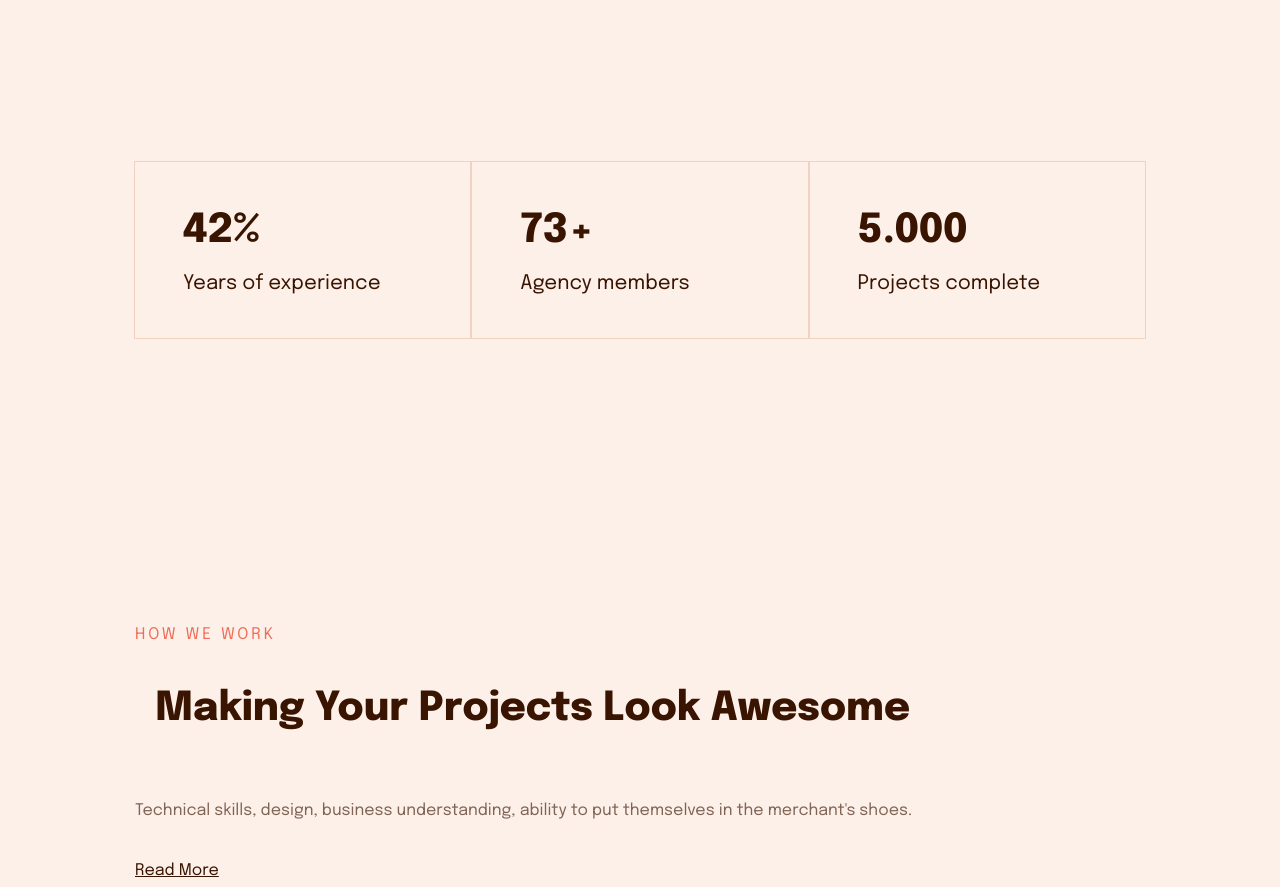
Repository: MehdiKerimov/Figma-task-7
Page: index.html
An editor plug-in stored every save of this project. The page is shown before and after a run of saves, followed by the edit.
The browser window is 1280 px wide. The pictures show the whole page.

Above is the page before, as saved 2023-08-30 12:08:21.

### index.html
<!DOCTYPE html>
<html lang="en">

<head>
    <meta charset="UTF-8">
    <meta name="viewport" content="width=device-width, initial-scale=1.0">
    <title>Document</title>
    <link rel="stylesheet" href="index.css">
</head>

<body>
    <div class="container">
        <div class="container-1">
            <ul>

                    <li>
                        <h1>42%</h1>
                        <p>Years of experience</p>
                    </li>


                    <li>
                        <h1>73+</h1>
                        <P>Agency members</P>
                    </li>


                    <li>
                        <h1>5.000</h1>
                        <p>Projects complete</p>
                    </li>

            </ul>
        </div>
        <div class="container-2">
            <h1>How we work</h1>
            <h2>Making Your Projects Look Awesome</h2>
            <p>Technical skills, design, business understanding, ability to put themselves in the merchant's shoes.</p>
            <a href="">Read More</a>
        </div>
    </div>


</body>

</html>

### index.css
@import url("https://fonts.googleapis.com/css2?family=Epilogue:wght@400;800&display=swap");
* {
  padding: 0;
  margin: 0;
  box-sizing: border-box;
}
.container {
  background: #fdf0e9;
}
.container-1 {
  padding: 161px 134px 140px 134px;
}

.container-1 .box-1 {
  width: 391px;
  height: 176px;
  border-radius: 6px 0px 0px 6px;
}
.container-1 ul {
  display: flex;
}
.container-1 ul li {
  list-style-type: none;
  width: 33.33%;
  border: 1px solid #f3d1bf;
  padding: 45px 0 38px 48px;
}
.container-1 ul li h1 {
  color: var(--text-dark, #391400);
  font-feature-settings: "clig" off, "liga" off;
  font-family: Epilogue;
  font-size: 40px;
  font-style: normal;
  font-weight: 800;
  line-height: 48px;
}
.container-1 ul li p {
  margin-top: 13px;
  color: var(--text-dark, #391400);
  font-feature-settings: "clig" off, "liga" off;
  font-family: Epilogue;
  font-size: 20px;
  font-style: normal;
  font-weight: 400;
  line-height: 32px;
}
.container-1 .box-1 li h1 {
  padding: 45px 0px 13px 48px;
}
.container-1 .box-1 li p {
  margin-left: 48px;
}
.container-1 .box-3 li p {
  margin-left: 48px;
  color: var(--text-dark, #391400);
  font-feature-settings: "clig" off, "liga" off;
  font-family: Epilogue;
  font-size: 20px;
  font-style: normal;
  font-weight: 400;
  line-height: 32px;
}

.container-2 h1 {
  padding: 140px 0px 17px 135px;
  color: var(--text-dark-accent, #ef6d58);
  font-feature-settings: "clig" off, "liga" off;
  font-family: Epilogue;
  font-size: 16px;
  font-style: normal;
  font-weight: 400;
  line-height: 32px;
  letter-spacing: 3px;
  text-transform: uppercase;
}
.container-2 h2 {
  padding: 17px 152px 31px 155px;
  color: var(--text-dark, #391400);
  font-feature-settings: "clig" off, "liga" off;
  font-family: Epilogue;
  font-size: 40px;
  font-style: normal;
  font-weight: 800;
  line-height: 48px;
}
.container-2 p {
  padding: 31px 130px 28px 135px;
  color: var(--text-dark-gray, rgba(57, 20, 0, 0.64));
  font-feature-settings: "clig" off, "liga" off;
  font-family: Epilogue;
  font-size: 16px;
  font-style: normal;
  font-weight: 400;
  line-height: 32px;
}
.container-2 a {
  padding: 28px 0px 0px 135px;
  color: var(--text-dark, #391400);
  font-feature-settings: "clig" off, "liga" off;
  font-family: Epilogue;
  font-size: 16px;
  font-style: normal;
  font-weight: 400;
  line-height: 32px;
}

After the next 2 saves:
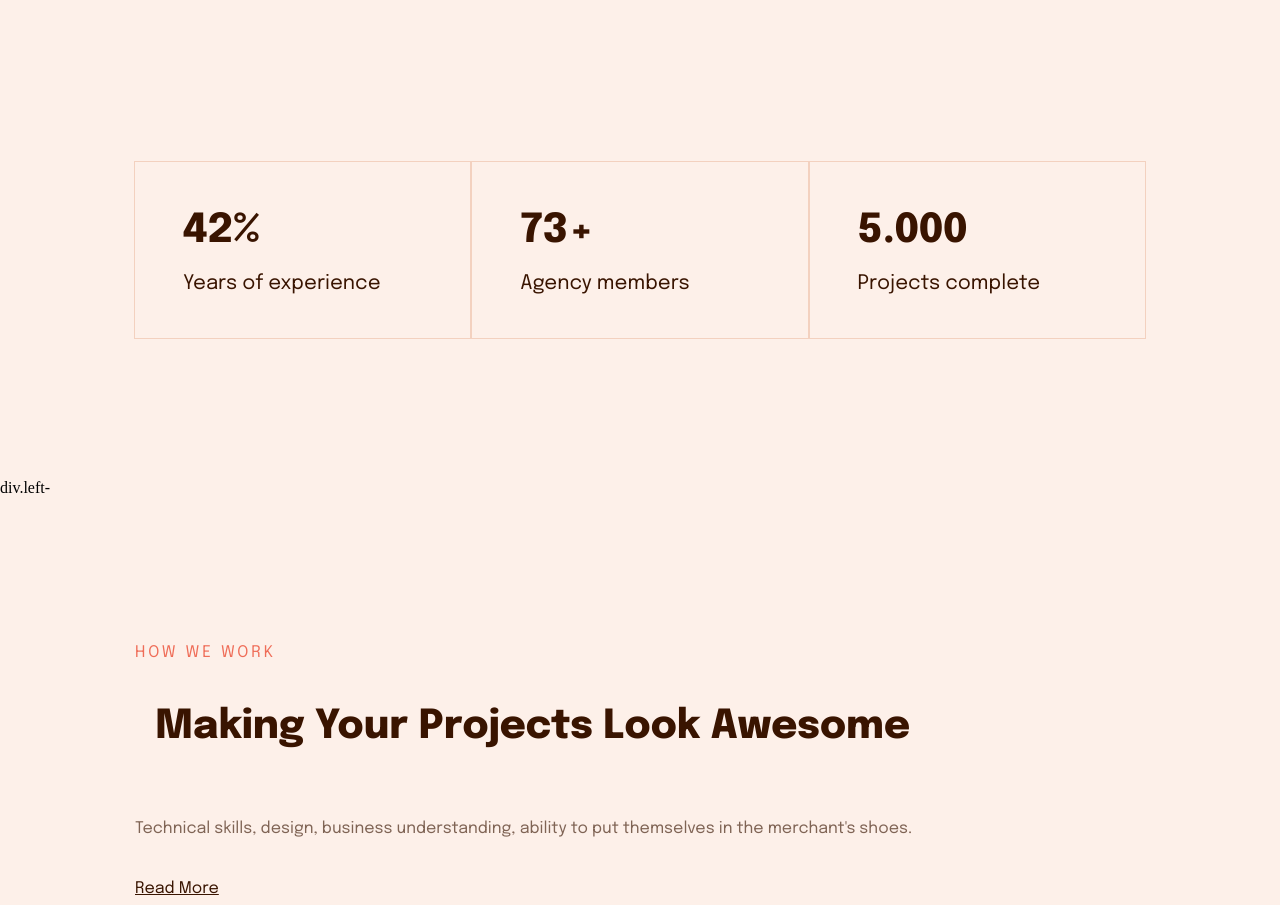
The 2 saves are shown as one change because they came seconds apart.
The last was saved 44 s later.
--- a/index.html
+++ b/index.html
@@ -33,6 +33,7 @@
             </ul>
         </div>
         <div class="container-2">
+            div.left-
             <h1>How we work</h1>
             <h2>Making Your Projects Look Awesome</h2>
             <p>Technical skills, design, business understanding, ability to put themselves in the merchant's shoes.</p>

After the 4 saves that followed:
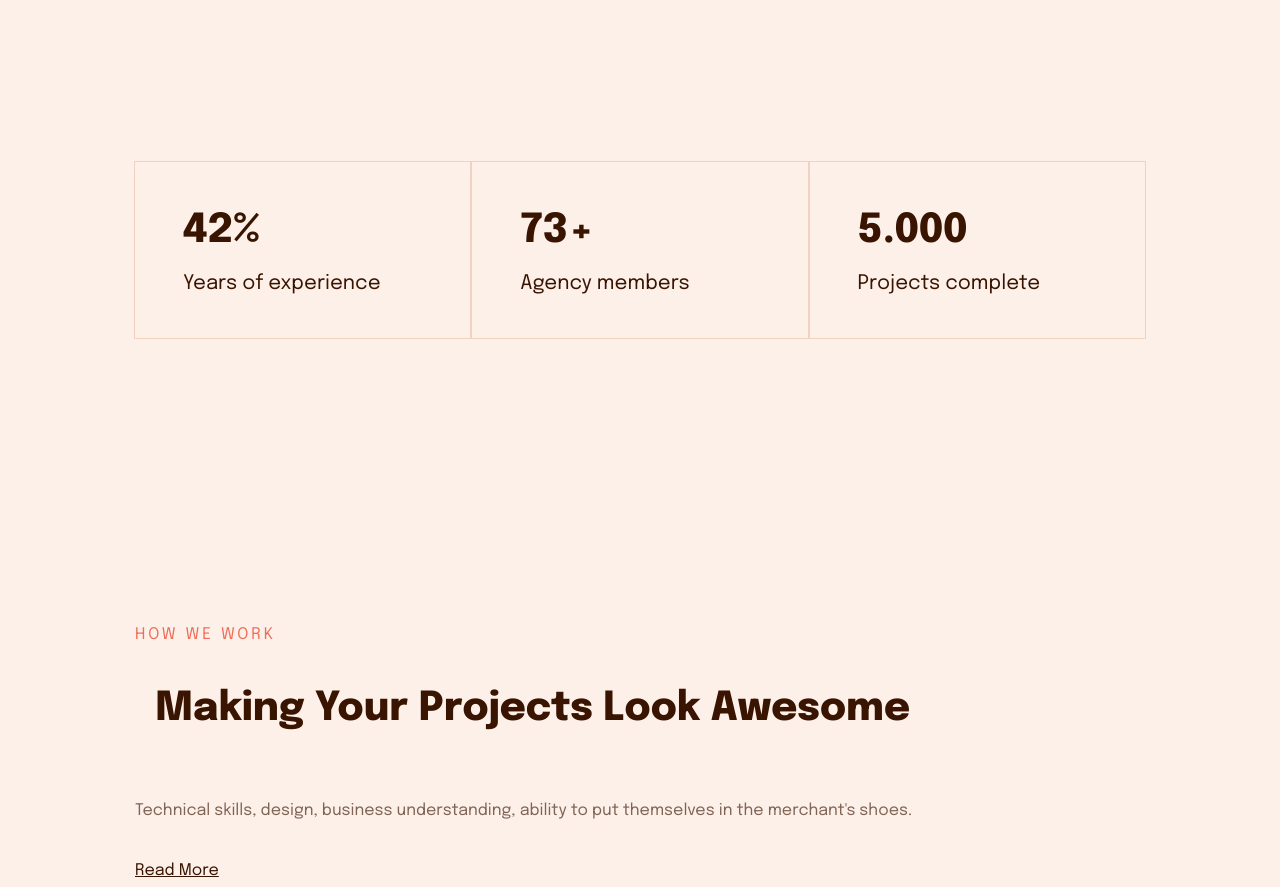
The 4 saves are shown as one change because they came seconds apart.
The last was saved 12 s later.
--- a/index.html
+++ b/index.html
@@ -33,11 +33,14 @@
             </ul>
         </div>
         <div class="container-2">
-            div.left-
-            <h1>How we work</h1>
-            <h2>Making Your Projects Look Awesome</h2>
-            <p>Technical skills, design, business understanding, ability to put themselves in the merchant's shoes.</p>
-            <a href="">Read More</a>
+            <div class="text-container">
+                <h1>How we work</h1>
+                <h2>Making Your Projects Look Awesome</h2>
+                <p>Technical skills, design, business understanding, ability to put themselves in the merchant's shoes.</p>
+                <a href="">Read More</a>
+            </div>
+
+
         </div>
     </div>
 
